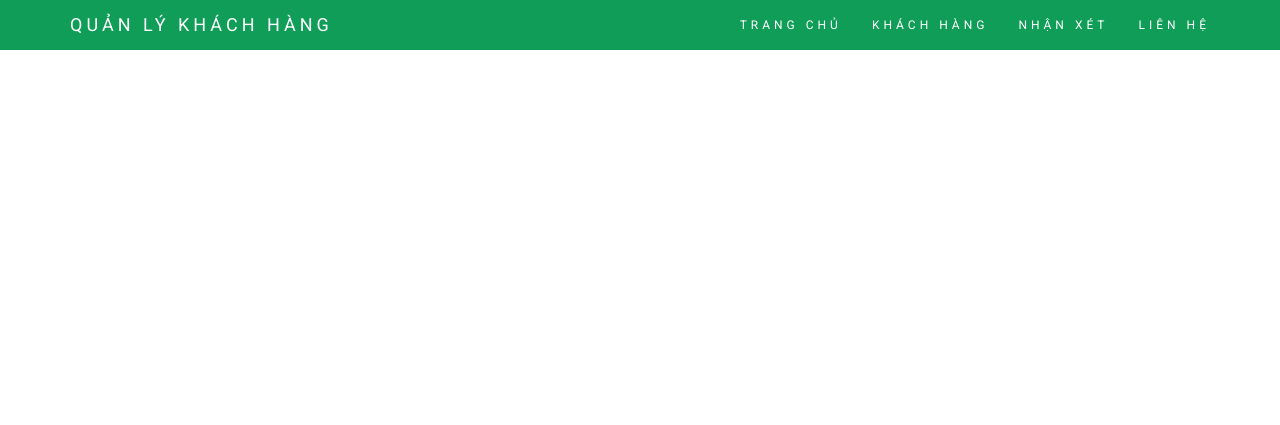
Repository: huutien1904/bt2-ltw
Page: index.html
These files come from the project's save history. The page is drawn as it stood at one moment and after the next save; the edit follows.
The browser window is 1280 px wide. The pictures show the whole page.

Above is the page before, as saved 2021-11-03 16:01:57.

### index.html
<!DOCTYPE html>
<html lang="en">
<head>
    <meta charset="UTF-8">
    <meta http-equiv="X-UA-Compatible" content="IE=edge">
    <meta name="viewport" content="width=device-width, initial-scale=1.0">
    <title>Quản Lý Khách Hàng</title>
    <link rel="stylesheet" href="https://maxcdn.bootstrapcdn.com/bootstrap/3.4.1/css/bootstrap.min.css">
    <link href="https://fonts.googleapis.com/css?family=Montserrat" rel="stylesheet" type="text/css">
    <link href="https://fonts.googleapis.com/css?family=Lato" rel="stylesheet" type="text/css">
    <!-- style -->
    <link rel="stylesheet" href="./style.css">
    <!-- font roboto -->
    <link rel="preconnect" href="https://fonts.googleapis.com">
    <link rel="preconnect" href="https://fonts.gstatic.com" crossorigin>
    <link href="https://fonts.googleapis.com/css2?family=Roboto:ital,wght@0,300;0,400;0,500;0,700;0,900;1,700&display=swap" rel="stylesheet">
    <!-- javacript boostrap -->
    <script src="https://ajax.googleapis.com/ajax/libs/jquery/3.5.1/jquery.min.js"></script>
    <script src="https://maxcdn.bootstrapcdn.com/bootstrap/3.4.1/js/bootstrap.min.js"></script>
</head>
<body>
    <nav class="navbar navbar-default navbar-fixed-top">
        <div class="container">
          <div class="navbar-header">
            <a class="navbar-brand" href="#myPage">QUẢN LÝ KHÁCH HÀNG</a>
          </div>
          <div class="collapse navbar-collapse" id="myNavbar">
            <ul class="nav navbar-nav navbar-right">
              <li><a href="#about">TRANG CHỦ</a></li>
              <li><a href="#services">KHÁCH HÀNG</a></li>
              <li><a href="#pricing">NHẬN XÉT</a></li>
              <li><a href="#contact">LIÊN HỆ</a></li>
            </ul>
          </div>
        </div>
    </nav>
</body>
</html>

### style.css
*{
  font-family: 'Roboto', sans-serif;
}
:root {
  --primary-color: #0f9d58;
  --backgound-color: #f0f3f7;
  --secon-color: #9da2ad;
  --grey: #7a7a7a;
  --white: #ffffff;
}
  body {
    font: 400 15px Lato, sans-serif;
    line-height: 1.8;
    color: #818181;

  }
  h2 {
    font-size: 24px;
    text-transform: uppercase;
    color: #303030;
    font-weight: 600;
    margin-bottom: 30px;
  }
  h4 {
    font-size: 19px;
    line-height: 1.375em;
    color: #303030;
    font-weight: 400;
    margin-bottom: 30px;
  }
  .jumbotron {
    background-color: var(--primary-color);
    color: #fff;
    padding: 100px 25px;
    font-family: Montserrat, sans-serif;
  }
  .container-fluid {
    padding: 60px 50px;
  }
  .bg-grey {
    background-color: #f6f6f6;
  }
  .logo-small {
    color: var(--primary-color);
    font-size: 50px;
  }
  .logo {
    color: var(--primary-color);
    font-size: 200px;
  }
  .thumbnail {
    padding: 0 0 15px 0;
    border: none;
    border-radius: 0;
  }
  .thumbnail img {
    width: 100%;
    height: 100%;
    margin-bottom: 10px;
  }
  .carousel-control.right, .carousel-control.left {
    background-image: none;
    color: var(--primary-color);
  }
  .carousel-indicators li {
    border-color: var(--primary-color);
  }
  .carousel-indicators li.active {
    background-color: var(--primary-color);
  }
  .item h4 {
    font-size: 19px;
    line-height: 1.375em;
    font-weight: 400;
    font-style: italic;
    margin: 70px 0;
  }
  .item span {
    font-style: normal;
  }
  .panel {
    border: 1px solid var(--primary-color);
    border-radius:0 !important;
    transition: box-shadow 0.5s;
  }
  .panel:hover {
    box-shadow: 5px 0px 40px rgba(0,0,0, .2);
  }
  .panel-footer .btn:hover {
    border: 1px solid var(--primary-color);
    background-color: #fff !important;
    color: var(--primary-color);
  }
  .panel-heading {
    color: #fff !important;
    background-color: var(--primary-color) !important;
    padding: 25px;
    border-bottom: 1px solid transparent;
    border-top-left-radius: 0px;
    border-top-right-radius: 0px;
    border-bottom-left-radius: 0px;
    border-bottom-right-radius: 0px;
  }
  .panel-footer {
    background-color: white !important;
  }
  .panel-footer h3 {
    font-size: 32px;
  }
  .panel-footer h4 {
    color: #aaa;
    font-size: 14px;
  }
  .panel-footer .btn {
    margin: 15px 0;
    background-color: var(--primary-color);
    color: #fff;
  }
  .navbar {
    margin-bottom: 0;
    background-color: var(--primary-color);
    z-index: 9999;
    border: 0;
    font-size: 12px !important;
    line-height: 1.42857143 !important;
    letter-spacing: 4px;
    border-radius: 0;
    font-family: Montserrat, sans-serif;
  }
  .navbar li a, .navbar .navbar-brand {
    color: #fff !important;
  }
  .navbar-nav li a:hover, .navbar-nav li.active a {
    color: var(--primary-color) !important;
    background-color: #fff !important;
  }
  .navbar-default .navbar-toggle {
    border-color: transparent;
    color: #fff !important;
  }
  footer .glyphicon {
    font-size: 20px;
    margin-bottom: 20px;
    color: var(--primary-color);
  }
  .slideanim {visibility:hidden;}
  .slide {
    animation-name: slide;
    -webkit-animation-name: slide;
    animation-duration: 1s;
    -webkit-animation-duration: 1s;
    visibility: visible;
  }
  @keyframes slide {
    0% {
      opacity: 0;
      transform: translateY(70%);
    }
    100% {
      opacity: 1;
      transform: translateY(0%);
    }
  }
  @-webkit-keyframes slide {
    0% {
      opacity: 0;
      -webkit-transform: translateY(70%);
    }
    100% {
      opacity: 1;
      -webkit-transform: translateY(0%);
    }
  }
  @media screen and (max-width: 768px) {
    .col-sm-4 {
      text-align: center;
      margin: 25px 0;
    }
    .btn-lg {
      width: 100%;
      margin-bottom: 35px;
    }
  }
  @media screen and (max-width: 480px) {
    .logo {
      font-size: 150px;
    }
  }

After the next save:
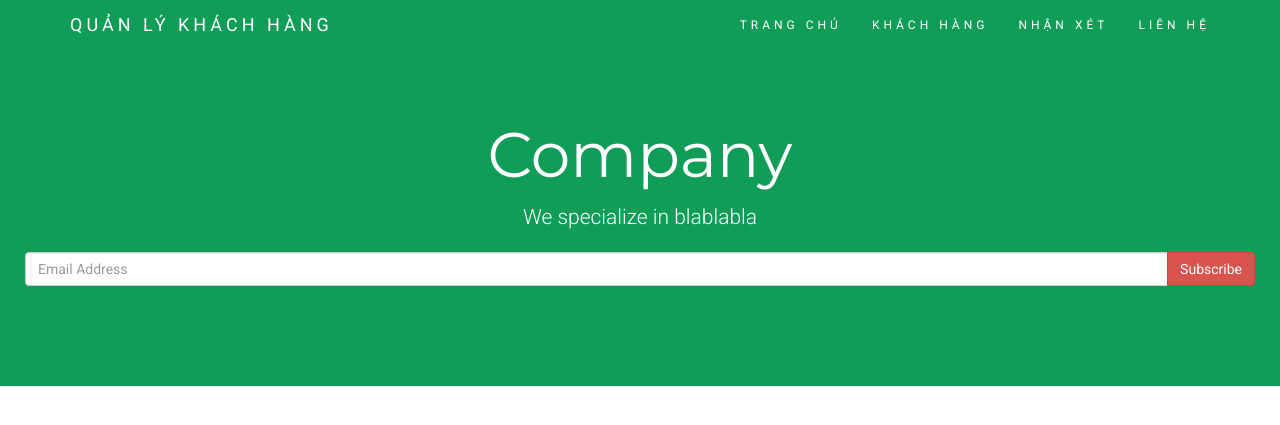
Saved 8 min 49 s later.
--- a/index.html
+++ b/index.html
@@ -19,9 +19,15 @@
     <script src="https://maxcdn.bootstrapcdn.com/bootstrap/3.4.1/js/bootstrap.min.js"></script>
 </head>
 <body>
+  <!-- navbar -->
     <nav class="navbar navbar-default navbar-fixed-top">
         <div class="container">
           <div class="navbar-header">
+            <button type="button" class="navbar-toggle" data-toggle="collapse" data-target="#myNavbar">
+              <span class="icon-bar"></span>
+              <span class="icon-bar"></span>
+              <span class="icon-bar"></span>
+            </button>
             <a class="navbar-brand" href="#myPage">QUẢN LÝ KHÁCH HÀNG</a>
           </div>
           <div class="collapse navbar-collapse" id="myNavbar">
@@ -34,5 +40,19 @@
           </div>
         </div>
     </nav>
+  <!-- and navbar -->
+  <!--  -->
+    <div class="jumbotron text-center">
+      <h1>Company</h1>
+      <p>We specialize in blablabla</p>
+      <form>
+        <div class="input-group">
+          <input type="email" class="form-control" size="50" placeholder="Email Address" required>
+          <div class="input-group-btn">
+            <button type="button" class="btn btn-danger">Subscribe</button>
+          </div>
+        </div>
+      </form>
+    </div>
 </body>
 </html>
